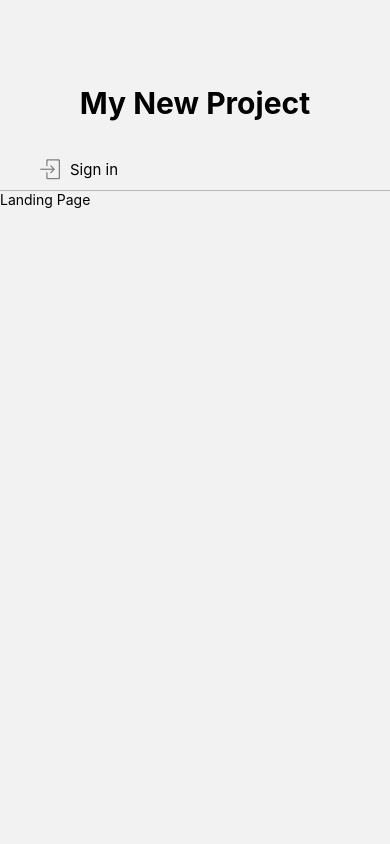
Repository: swholtzman/ReactNative-AWS-Tutorial
Screen: /
These files come from the project's save history. The screen is drawn as it stood at one moment and after a run of saves; the edit follows.
The app was drawn by React Native's web renderer in a window 390 px wide. The project was rebuilt for these pictures with package versions that can differ from the ones it lists, and the page was loaded fresh each time.

Above is the screen before, as saved 2024-04-06 14:44:39.

After the next 3 saves:
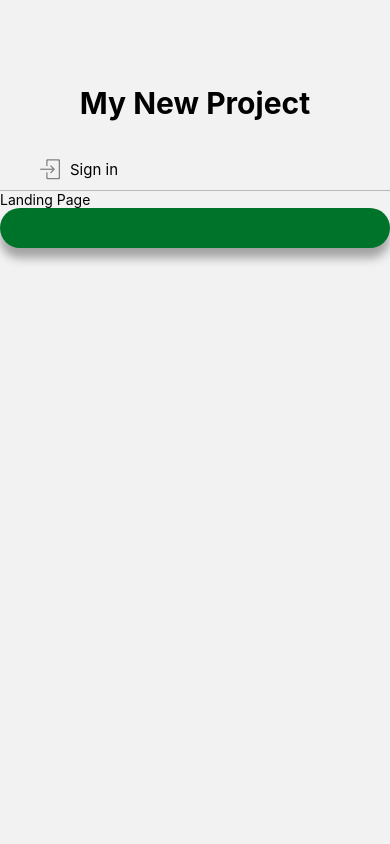
The 3 saves are shown as one change because 1 did not build or start and some came seconds apart.
The last was saved 38 s later.
--- a/screens/Landing.js
+++ b/screens/Landing.js
@@ -8,8 +8,16 @@ import SubmitButton from "../components/submissionButton";
 export default function Landing() {
   return (
     <View>
-        <Header style={styles.header}></Header>
-      <Text>Landing Page</Text>
+      <View>
+          <Header style={styles.header}></Header>
+        <Text>Landing Page</Text>
+      </View>
+
+      <View>
+        <SubmitButton>
+
+        </SubmitButton>
+      </View>
     </View>
   );
 }
